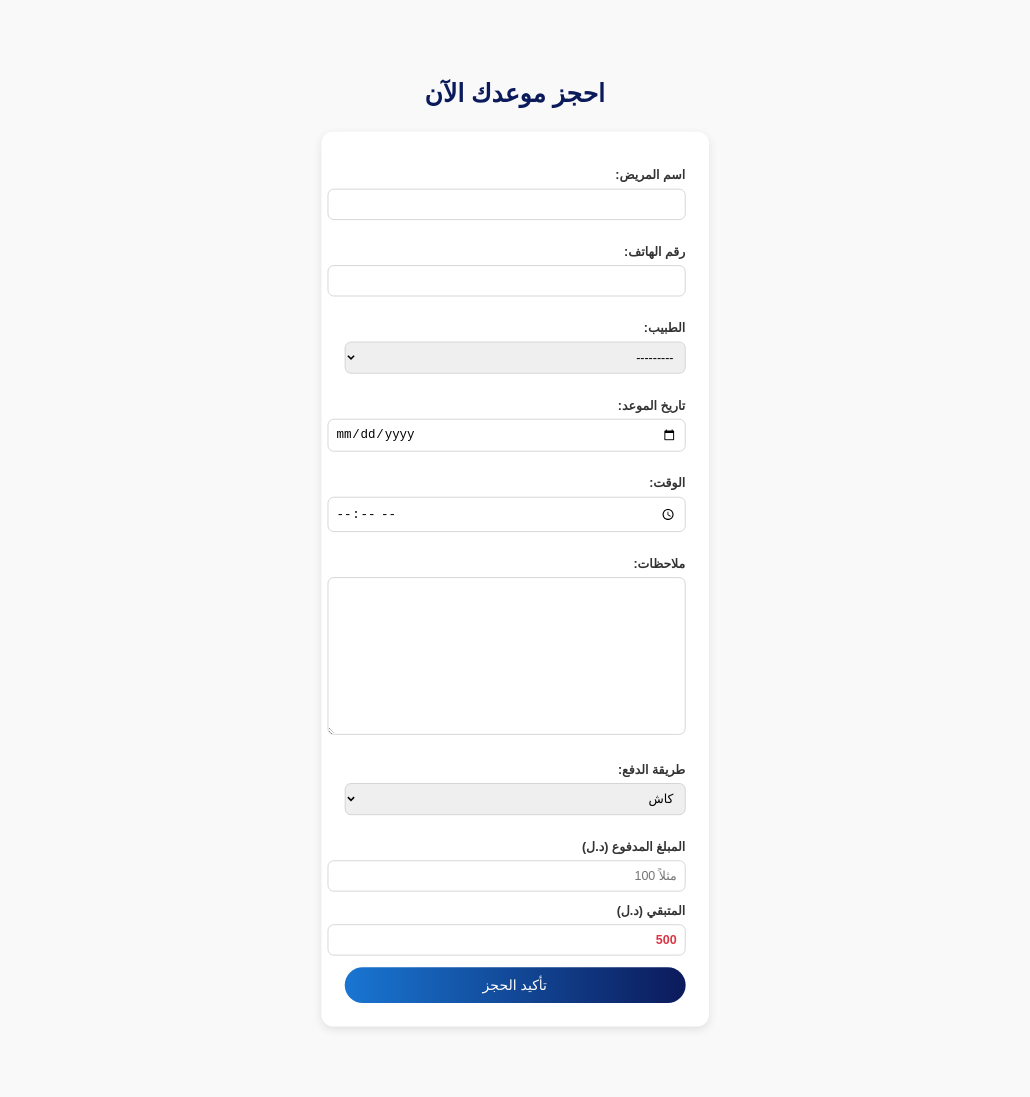
Repository: mysite4/s
Page: http://localhost/booking/?doctor=Reem
These files come from the project's save history. The page is drawn as it stood at one moment and after the next save; the edit follows.
The browser window is 1280 px wide. The page is 1320 px wide, so the pictures cover 1320 px, including what lies to the right of the window. The pictures show the whole page, at 78% of full size.
Some web fonts or font styles are not loaded; a fallback is used. The page is served by the project's application, run on Django 5.2 (manage.py). Other server files are loaded and not shown. Queries for data that is not in the repository find no rows.

Above is the page before, as saved 2026-01-03 17:59:11.

### main/templates/booking.html
{% load static %}
<!DOCTYPE html>
<html lang="ar" dir="rtl">
<head>
  <meta charset="UTF-8">
  <meta name="viewport" content="width=device-width, initial-scale=1.0">
  <title>احجز موعدك</title>
  <link href="https://fonts.googleapis.com/css2?family=Cairo:wght@200..1000&display=swap" rel="stylesheet">
  <link rel="stylesheet" href="{% static 'css/style.css' %}">
  <style>
    body {
      font-family: 'Cairo', sans-serif;
      background-color: #f9f9f9;
      text-align: center;
      padding: 80px 20px;
    }
    h1 {
      color: #0b1a5b;
      margin-bottom: 30px;
    }
    form {
      max-width: 500px;
      margin: 0 auto;
      background: #fff;
      padding: 30px;
      border-radius: 15px;
      box-shadow: 0 4px 12px rgba(0,0,0,0.1);
      text-align: right;
    }
    label {
      display: block;
      margin-bottom: 8px;
      font-weight: bold;
      color: #333;
    }
    input, select, textarea {
      width: 100%;
      padding: 10px;
      margin-bottom: 15px;
      border: 1px solid #ccc;
      border-radius: 8px;
      font-size: 16px;
    }
    button {
      background: linear-gradient(to right, #1976d2, #0b1a5b);
      color: white;
      padding: 12px 25px;
      border: none;
      border-radius: 30px;
      cursor: pointer;
      transition: 0.3s;
      font-size: 18px;
      width: 100%;
    }
    button:hover {
      background: linear-gradient(to right, #0b1a5b, #1976d2);
    }
    #remaining_amount {
      font-weight: bold;
      margin-bottom: 15px;
      color: #dc3545;
    }
  </style>
</head>
<body>

  <h1>احجز موعدك الآن</h1>
  <form method="POST">
    {% csrf_token %}

    {{ form.as_p }}

    <!-- حقل الدفع -->
    <label for="paid_amount">المبلغ المدفوع (د.ل)</label>
    <input type="number" step="0.01" name="paid_amount" id="paid_amount" placeholder="مثلاً 100" required>

    <!-- حقل المتبقي -->
    <label>المتبقي (د.ل)</label>
    <input type="text" id="remaining_amount" value="500" readonly>


    <button type="submit">تأكيد الحجز</button>
  </form>

  <script>
    const paidInput = document.getElementById('paid_amount');
    const remainingInput = document.getElementById('remaining_amount');
    const totalPrice = 500;  // سعر الكشف ثابت

    paidInput.addEventListener('input', function() {
      const paid = parseFloat(paidInput.value) || 0;
      let remaining = totalPrice - paid;
      if (remaining < 0) remaining = 0;
      remainingInput.value = remaining.toFixed(2);
    });
  </script>

</body>
</html>

### main/forms.py
from django import forms
from .models import Appointment, Patient

# ---------------- Appointment Form ----------------
class AppointmentForm(forms.ModelForm):
    PAYMENT_CHOICES = (
        ("cash", "كاش"),
        ("card", "بطاقة"),
        ("not_paid", "غير مدفوع"),
    )
    payment_method = forms.ChoiceField(choices=PAYMENT_CHOICES, label="طريقة الدفع")

    class Meta:
        model = Appointment
        fields = ['name', 'phone', 'doctor', 'date', 'time', 'message']
        widgets = {
            'date': forms.DateInput(attrs={'type': 'date'}),
            'time': forms.TimeInput(attrs={'type': 'time'}),
        }

# ---------------- Patient Form ----------------
class PatientForm(forms.ModelForm):
    class Meta:
        model = Patient
        fields = ['name', 'age', 'gender', 'phone', 'disease', 'notes']

### main/models.py
from django.db import models
from django.utils import timezone

# ---------------------- Doctors ----------------------
class Doctor(models.Model):
    name = models.CharField(max_length=100)
    specialty = models.CharField(max_length=100)

    def __str__(self):
        return f"{self.name} - {self.specialty}"


# ---------------------- Patients ----------------------
class Patient(models.Model):
    name = models.CharField(max_length=100)
    age = models.IntegerField(blank=True, null=True)
    gender = models.CharField(max_length=10)
    phone = models.CharField(max_length=15)
    email = models.EmailField(blank=True, null=True)  # ✅ أضفنا الحقل
    disease = models.CharField(max_length=200, blank=True, null=True)
    created_at = models.DateTimeField(auto_now_add=True)
    notes = models.TextField(blank=True, null=True)

    def __str__(self):
        return self.name


# ---------------------- Appointment ----------------------
class Appointment(models.Model):
    name = models.CharField(max_length=100, verbose_name="اسم المريض")
    phone = models.CharField(max_length=20, verbose_name="رقم الهاتف")
    doctor = models.ForeignKey(Doctor, on_delete=models.CASCADE, verbose_name="الطبيب")
    date = models.DateField(verbose_name="تاريخ الموعد")
    time = models.TimeField(verbose_name="الوقت")
    message = models.TextField(blank=True, null=True, verbose_name="ملاحظات")
    service_price = models.DecimalField(max_digits=10, decimal_places=2, default=500, verbose_name="سعر الكشف")
    created_at = models.DateTimeField(default=timezone.now)

    def __str__(self):
        return f"موعد {self.name} مع {self.doctor.name} بتاريخ {self.date}"


# ---------------------- Invoice ----------------------
class Invoice(models.Model):
    appointment = models.OneToOneField(
        Appointment,
        on_delete=models.CASCADE,
        null=True,
        blank=True
    )
    number = models.CharField(
        max_length=100,
        unique=True,
        null=True,
        blank=True
    )

    total_amount = models.DecimalField(max_digits=10, decimal_places=2, default=0)  # ← أصبح حقل حقيقي
    paid_amount = models.DecimalField(max_digits=10, decimal_places=2, default=0)
    date = models.DateField(default=timezone.now)

    @property
    def remaining_amount(self):
        remaining = self.total_amount - self.paid_amount
        return remaining if remaining > 0 else 0  # يمنع القيم السالبة

    def __str__(self):
        if self.appointment:
            return f"فاتورة {self.number} - {self.appointment.name}"
        return f"فاتورة {self.number} - غير مرتبطة بموعد"


# ---------------------- Payment ----------------------
class Payment(models.Model):
    invoice = models.ForeignKey(
        Invoice,
        on_delete=models.CASCADE,
        related_name="payments",
        null=True,
        blank=True
    )
    amount = models.DecimalField(max_digits=10, decimal_places=2)
    paid_at = models.DateTimeField(auto_now_add=True)

    def __str__(self):
        if self.invoice:
            return f"{self.amount} د.ل - {self.invoice.number}"
        return f"{self.amount} د.ل - فاتورة غير محددة"


# ---------------------- Notification ----------------------
class Notification(models.Model):
    title = models.CharField(max_length=200)
    message = models.TextField()
    created_at = models.DateTimeField(auto_now_add=True)
    is_active = models.BooleanField(default=True)

    def __str__(self):
        return self.title


# ---------------------- Accounting ----------------------
class AccountingItem(models.Model):
    date = models.DateField()
    income = models.FloatField()
    expense = models.FloatField()

    def __str__(self):
        return f"{self.date} - Income: {self.income} / Expense: {self.expense}"


# ---------------------- Doctor Schedule ----------------------
class DoctorSchedule(models.Model):
    name = models.CharField(max_length=100)
    hall = models.CharField(max_length=50)
    start_time = models.TimeField()
    end_time = models.TimeField()

    def __str__(self):
        return self.name

### mysite/urls.py
"""
URL configuration for mysite project.

The `urlpatterns` list routes URLs to views. For more information please see:
    https://docs.djangoproject.com/en/5.2/topics/http/urls/
Examples:
Function views
    1. Add an import:  from my_app import views
    2. Add a URL to urlpatterns:  path('', views.home, name='home')
Class-based views
    1. Add an import:  from other_app.views import Home
    2. Add a URL to urlpatterns:  path('', Home.as_view(), name='home')
Including another URLconf
    1. Import the include() function: from django.urls import include, path
    2. Add a URL to urlpatterns:  path('blog/', include('blog.urls'))
"""
from django.contrib import admin
from django.urls import path, include

urlpatterns = [
    path('admin/', admin.site.urls),
    path('', include('main.urls')),
]

### main/urls.py
from django.urls import path
from . import views
from .views import accounting_dashboard
from .views import print_invoice_view
urlpatterns = [
    path('', views.home, name='home'),
    path('booking/', views.booking_page, name='booking_page'),
    path('services/appointments/', views.appointments, name='appointments'),
    path('appointments/delete/', views.delete_appointment, name='delete_appointment'),
    path('services/patients/', views.patients_view, name='patients'),
     path("accounting-dashboard/", accounting_dashboard, name="accounting_dashboard"),
    path('services/reception/', views.reception, name='reception'),
    path('services/notifications/', views.notifications_page, name='notifications'),
    path('services/statistics/', views.stats_view, name='statistics'),  # ✅ تم التعديل هنا
    path('services/tasks/', views.tasks, name='tasks'),
    path('services/emergency/', views.emergency, name='emergency'),
    path('edit_appointment/', views.edit_appointment, name='edit_appointment'),
    path('appointments/add/', views.add_appointment, name='add_appointment'),
    path('invoice/print/<int:invoice_id>/', print_invoice_view, name='print_invoice'),
    path('services/prices/', views.price_list, name='price_list'),
]

### main/static/css/style.css
/* إعدادات عامة */
html, body {
  margin: 0;
  padding: 0;
  width: 100%;
  min-height: 100%;
  font-family: 'Cairo', sans-serif;
  background-color: #f9f9f9;
  display: flex;
  flex-direction: column;
}

/* Navbar */
nav {
  width: 100%;
  background-color: #ffffff;
  box-shadow: 0 4px 8px rgba(0, 123, 255, 0.2);
  position: fixed;
  top: 0;
  z-index: 1000;
}

nav ul {
  display: flex;
  justify-content: center;
  list-style: none;
  margin: 0;
  padding: 0 30px;
}

nav ul li {
  margin: 0 15px;
}

nav ul li a {
  text-decoration: none;
  color: #007bff;
  font-weight: 600;
  padding: 15px 0;
  display: inline-block;
  transition: color 0.3s, border-bottom 0.3s;
}

nav ul li a:hover {
  color: #0056b3;
  border-bottom: 3px solid #007bff;
}

/* صورة شفافة أسفل النافبار */
.header-image {
  width: 100%;
  margin-top: 60px;
}

.header-image img {
  width: 100%;
  height: auto;
  display: block;
}

/* Header */
header {
  position: relative;
  width: 100%;
  min-height: 120px; /* تم تصغير اللون */
  overflow: hidden;
  background: linear-gradient(to left, #0b1a5b, #1976d2);
  display: flex;
  flex-direction: column;
  justify-content: center;
  align-items: center;
  padding: 10px 0 0 0; /* تقليل الحشو */
}

.header-content {
  display: flex;
  flex-direction: row;
  justify-content: space-between;
  align-items: center;
  width: 100%;
  max-width: 1200px;
  padding: 10px 40px;
  margin-top: 5px;
}

.header-text {
  color: white;
  max-width: 50%;
  text-align: center;
  line-height: 1.4;
  padding: 15px;
}

.header-text h1 {
  font-size: 42px;
  margin: 0;
}

.header-text h3 {
  font-size: 20px;
  margin-top: 8px;
  color: rgba(255,255,255,0.85);
}

.header-icon img {
  width: 380px;
  height: auto;
  border-radius: 15px;
}

/* About Section */
.about-section {
  max-width: 1200px;
  margin: 20px auto;
  text-align: center;
}

.about-section p {
  color: #447296;
}

.about-section h2 {
  font-size: 28px;
  margin-bottom: 30px;
  color: #0b1a5b;
}

.about-content {
  display: flex;
  justify-content: flex-start;
  align-items: center;
  gap: 20px;
  flex-wrap: wrap;
}

.about-text {
  flex: 1 1 55%;
  text-align: right;
  font-size: 16px;
  line-height: 1.6;
}

.about-image {
  flex: 1 1 40%;
  text-align: center;
}

.about-image img {
  width: 100%;
  max-width: 250px;
  height: auto;
  border-radius: 10px;
  border: 5px solid #083d75;
}

/* Media Queries للشاشات الصغيرة */
@media (max-width: 768px) {
  .about-content {
    flex-direction: column;
    gap: 15px;
  }

  .about-text, .about-image {
    flex: 1 1 100%;
    text-align: center;
  }

  .about-image img {
    max-width: 200px;
  }
}

/* Services Section */
.services-section {
  max-width: 1200px;
  margin: 0px auto 50px auto;
  text-align: center;
}

.services-section h2 {
  font-size: 32px;
  margin-bottom: 30px;
  color: #0e173f;
}

.services-container {
  display: flex;
  flex-wrap: wrap;
  justify-content: space-between;
  gap: 20px;
}

.service-item {
  flex: 1 1 22%;
  text-align: center;
  margin-bottom: 30px;
}

.service-item img {
  width: 60px;
  height: 60px;
  margin-bottom: 10px;
}

.service-item p {
  font-size: 15px;
  color: #447296;
}

.service-item h3 {
  color: #0e173f;
}

/* Main Content */
main {
  flex: 1;
  padding: 30px 50px;
  margin-top: 0; /* تم إزالة المسافة بين الهيدر والفقره */
}

.services-container .service-item a {
    display: block;
    text-decoration: none; /* هذا يلغي الخط الافتراضي */
    color: inherit;
}


/* Doctors Section */
.doctors-section {
  padding: 60px 0;
  background: #fff;
}

.doctors-section h2 {
  color: #0b1a5b;
  margin-bottom: 10px;
  font-size: 28px;
  text-align: center;
}

.doctors-section .description {
  color: #555;
  max-width: 700px;
  margin: 0 auto 40px;
  line-height: 1.8;
  text-align: center;
}

.doctor-card {
  background: none;
  box-shadow: none;
  text-align: center;
  transition: transform 0.3s ease;
}

.doctor-card:hover {
  transform: translateY(-10px);
}

.doctor-img img {
  width: 160px;
  height: 160px;
  object-fit: cover;
  border-radius: 50%;
  margin-bottom: 10px;
  border: 3px solid #1976d2;
}

.doctor-name {
  font-weight: 600;
  color: #0b1a5b;
  font-size: 18px;
}

.doctor-info h3 {
  font-weight: 600;
  color: #0b1a5b;
  font-size: 18px;
  margin-bottom: 5px;
}

.doctor-info p {
  font-size: 14px;
  color: #447296;
  margin-bottom: 15px;
  line-height: 1.4;
}

/* Buttons */
.book-doctor-btn {
  display: inline-block;
  background: linear-gradient(to right, #1976d2, #0b1a5b);
  color: #fff;
  padding: 10px 25px;
  border-radius: 30px;
  text-decoration: none;
  font-size: 14px;
  font-weight: bold;
  transition: 0.3s ease;
}

.book-doctor-btn:hover {
  background: linear-gradient(to right, #0b1a5b, #1976d2);
  transform: scale(1.05);
}

/* Media Queries */
@media (max-width: 992px) {
  .header-content {
    flex-direction: column;
    text-align: center;
    padding: 0 20px;
  }

  .header-text {
    max-width: 100%;
    margin-bottom: 20px;
    text-align: center;
  }

  .header-icon img {
    width: 80%;
  }

  nav ul {
    justify-content: center;
  }

  .service-item {
    flex: 1 1 45%;
  }
}

@media (max-width: 600px) {
  .service-item {
    flex: 1 1 100%;
  }

  .about-section {
    flex-direction: column;
    align-items: center;
  }

  .about-text {
    text-align: center;
    padding-left: 0;
  }

  .about-image img {
    max-width: 200px;
  }
}

/* Footer */
footer {
  width: auto;
  background: linear-gradient(to right, #1976d2, #0b1a5b);
  color: #fff;
  padding: 40px 20px 20px;
  text-align: center;
  font-family: 'Cairo', sans-serif;
  margin: 0;
}

.footer-container {
  display: flex;
  flex-wrap: wrap;
  justify-content: space-evenly;
  gap: 30px;
}

.footer-col {
  flex: 1 1 250px;
  max-width: 300px;
  text-align: left;
}

.footer-col h3 {
  color: #fff;
  margin-bottom: 15px;
  font-size: 20px;
  border-bottom: 2px solid #fff;
  display: inline-block;
  padding-bottom: 5px;
}

.footer-col p, .footer-col ul {
  margin: 5px 0;
  padding: 0;
  list-style: none;
  color: rgba(255,255,255,0.9);
}

.footer-col ul li {
  margin: 5px 0;
}

.social-icons {
  display: flex;
  justify-content: center;
  gap: 15px;
  margin-top: 20px;
}

.social-icons a {
  color: #fff;
  font-size: 20px;
  border: 2px solid #fff;
  border-radius: 50%;
  padding: 8px;
  transition: 0.3s;
}

.social-icons a:hover {
  background-color: #fff;
  color: #0b1a5b;
  transform: scale(1.1);
}

.bottom-text {
  margin-top: 20px;
  font-size: 14px;
  color: rgba(255,255,255,0.7);
  width: 100%;
  background: rgba(0,0,0,0.1);
  padding: 10px 0;
}

/* استجابة للشاشات الصغيرة */
@media (max-width: 768px) {
  .footer-container {
    flex-direction: column;
    text-align: center;
  }

  .footer-col {
    text-align: center;
  }
}

Loaded but not shown: main/views.py (225 lines, source omitted)

After the next save:
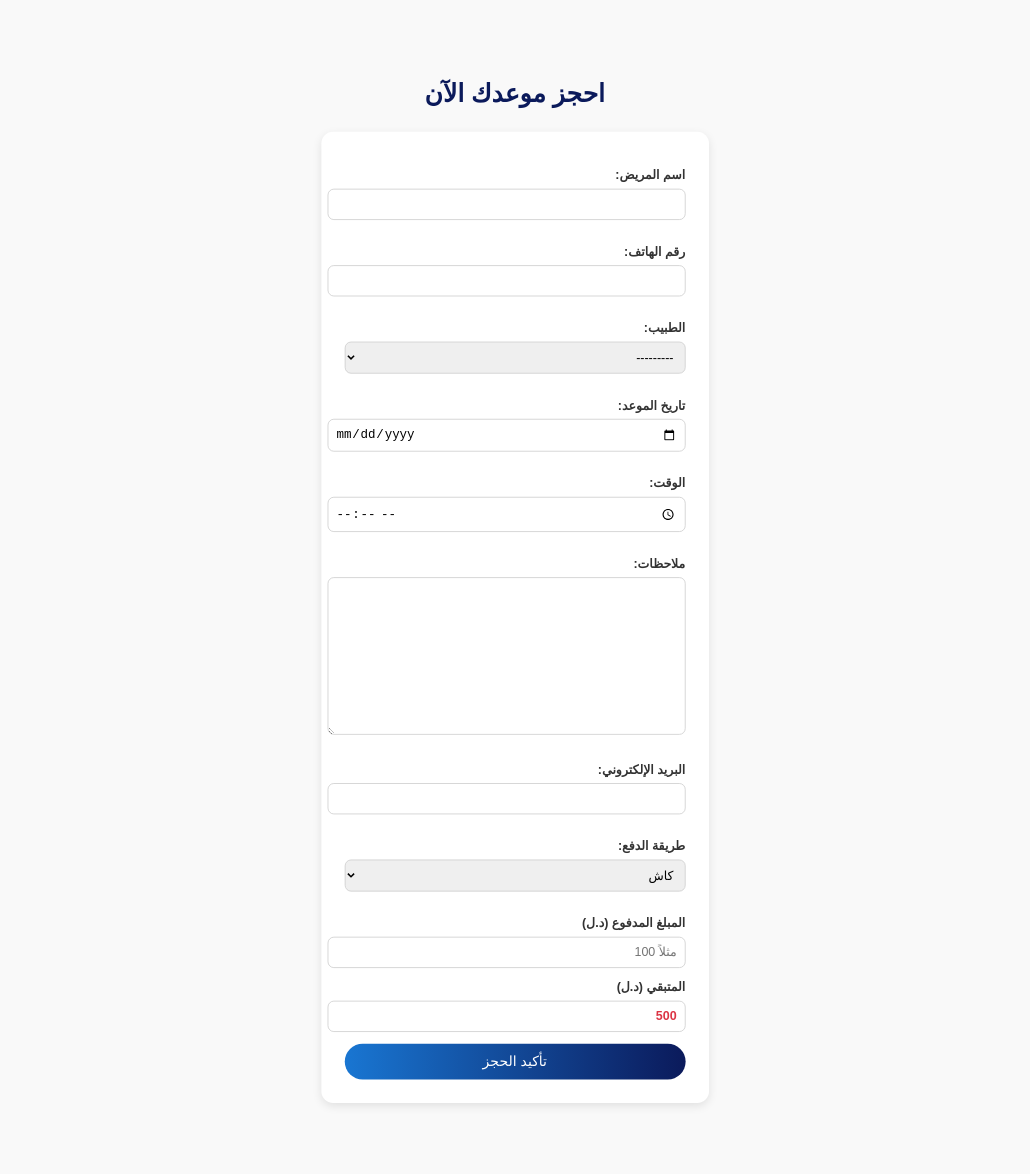
Saved 5 min 46 s later.
--- a/main/forms.py
+++ b/main/forms.py
@@ -3,6 +3,7 @@ from .models import Appointment, Patient
 
 # ---------------- Appointment Form ----------------
 class AppointmentForm(forms.ModelForm):
+    email = forms.EmailField(required=True, label="البريد الإلكتروني")  # ← جديد
     PAYMENT_CHOICES = (
         ("cash", "كاش"),
         ("card", "بطاقة"),
@@ -12,7 +13,7 @@ class AppointmentForm(forms.ModelForm):
 
     class Meta:
         model = Appointment
-        fields = ['name', 'phone', 'doctor', 'date', 'time', 'message']
+        fields = ['name', 'phone', 'doctor', 'date', 'time', 'message' , 'email']
         widgets = {
             'date': forms.DateInput(attrs={'type': 'date'}),
             'time': forms.TimeInput(attrs={'type': 'time'}),
